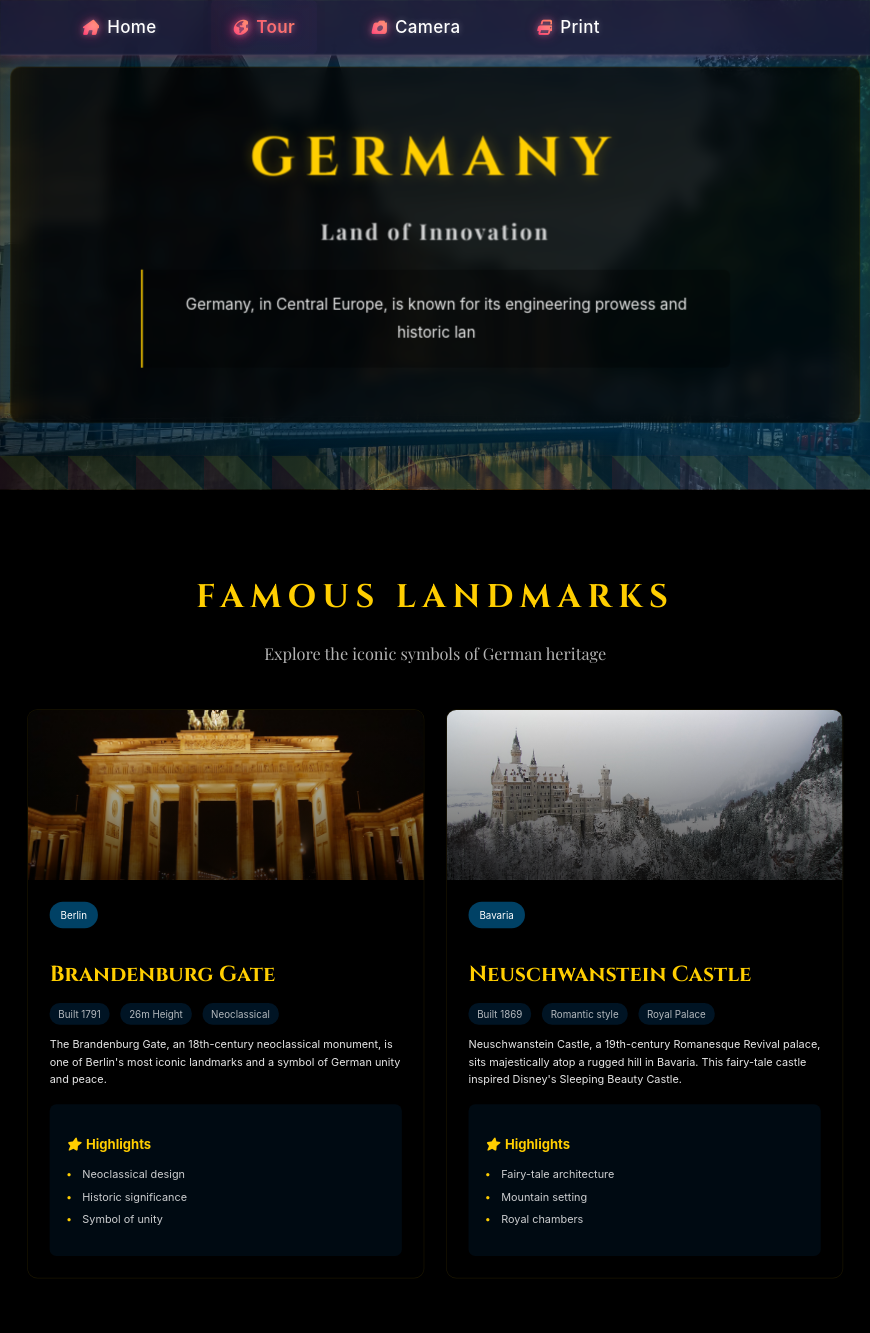
Repository: huang-heavenly-Emperor/NewYork
Page: Germany.html
An editor plug-in stored every save of this project. The page is shown before and after a run of saves, followed by the edit.
The browser window is 1280 px wide. The pictures show the whole page, at 68% of full size.

Above is the page before, as saved 2025-02-19 16:42:05.

### Germany.html
<!DOCTYPE html>
<html lang="en">

<head>
  <meta charset="UTF-8">
  <meta name="viewport" content="width=device-width, initial-scale=1.0">
  <title>Germany - Tour</title>
  <link rel="stylesheet" href="css/style.css">
  <link rel="stylesheet" href="css/germany.css">
  <link rel="stylesheet" href="css/animations.css">
  <link rel="stylesheet" href="lib/font-awesome.css">
  <link rel="preconnect" href="https://fonts.googleapis.com">
  <link rel="preconnect" href="https://fonts.gstatic.com" crossorigin>
  <link href="https://fonts.googleapis.com/css2?family=Cinzel:wght@400;700&family=Playfair+Display:wght@400;700&display=swap" rel="stylesheet">
</head>

<body>
  <!-- 主要内容区 -->
  <main class="main-content">
    <!-- 英雄横幅 -->
    <div class="hero-banner">
      <div class="overlay"></div>
      <div class="german-pattern top"></div>
      <div class="german-pattern bottom"></div>

      <!-- 导航栏 -->
      <nav class="main-nav">
        <ul class="nav-links">
          <li>
            <a href="index.html">
              <i class="fas fa-home"></i>
              Home
            </a>
          </li>
          <li class="dropdown">
            <a href="tour.html" class="active">
              <i class="fas fa-globe-americas"></i>
              Tour
            </a>
            <ul class="dropdown-menu">
              <li class="nested-dropdown">
                <a href="#">
                  Asia
                </a>
                <ul class="nested-dropdown-menu">
                  <li class="nested-dropdown">
                    <a href="china.html">
                      China
                    </a>
                    <ul class="nested-dropdown-menu">
                      <li>
                        <a href="great-wall.html">
                          <span>Great Wall</span>
                        </a>
                      </li>
                      <li>
                        <a href="forbidden-city.html">
                          <span>Forbidden City</span>
                        </a>
                      </li>
                      <li>
                        <a href="yellow-mountain.html">
                          <span>Yellow Mountain</span>
                        </a>
                      </li>
                    </ul>
                  </li>
                  <li class="nested-dropdown">
                    <a href="japan.html">
                      Japan
                    </a>
                    <ul class="nested-dropdown-menu">
                      <li>
                        <a href="mount-fuji.html">
                          <span>Mount Fuji</span>
                        </a>
                      </li>
                      <li>
                        <a href="kyoto.html">
                          <span>Kyoto Temples</span>
                        </a>
                      </li>
                      <li>
                        <a href="tokyo.html">
                          <span>Tokyo Tower</span>
                        </a>
                      </li>
                    </ul>
                  </li>
                </ul>
              </li>
              <li class="nested-dropdown">
                <a href="#">
                  Africa
                </a>
                <ul class="nested-dropdown-menu">
                  <li class="nested-dropdown">
                    <a href="egypt.html">
                      Egypt
                    </a>
                    <ul class="nested-dropdown-menu">
                      <li>
                        <a href="pyramids.html">
                          <span>Pyramids</span>
                        </a>
                      </li>
                      <li>
                        <a href="sphinx.html">
                          <span>Sphinx</span>
                        </a>
                      </li>
                      <li>
                        <a href="nile.html">
                          <span>Nile River</span>
                        </a>
                      </li>
                    </ul>
                  </li>
                </ul>
              </li>
              <li class="nested-dropdown">
                <a href="#" class="active">
                  Europe
                </a>
                <ul class="nested-dropdown-menu">
                  <li class="nested-dropdown">
                    <a href="france.html">
                      France
                    </a>
                    <ul class="nested-dropdown-menu">
                      <li>
                        <a href="eiffel.html">
                          <span>Eiffel Tower</span>
                        </a>
                      </li>
                      <li>
                        <a href="louvre.html">
                          <span>Louvre Museum</span>
                        </a>
                      </li>
                    </ul>
                  </li>
                  <li class="nested-dropdown">
                    <a href="italy.html">
                      Italy
                    </a>
                    <ul class="nested-dropdown-menu">
                      <li>
                        <a href="colosseum.html">
                          <span>Colosseum</span>
                        </a>
                      </li>
                      <li>
                        <a href="vatican.html">
                          <span>Vatican City</span>
                        </a>
                      </li>
                    </ul>
                  </li>
                  <li class="nested-dropdown">
                    <a href="uk.html">
                      United Kingdom
                    </a>
                    <ul class="nested-dropdown-menu">
                      <li>
                        <a href="big-ben.html">
                          <span>Big Ben</span>
                        </a>
                      </li>
                      <li>
                        <a href="tower-bridge.html">
                          <span>Tower Bridge</span>
                        </a>
                      </li>
                    </ul>
                  </li>
                  <li class="nested-dropdown">
                    <a href="germany.html" class="active">
                      Germany
                    </a>
                    <ul class="nested-dropdown-menu">
                      <li>
                        <a href="brandenburg.html">
                          <span>Brandenburg Gate</span>
                        </a>
                      </li>
                      <li>
                        <a href="neuschwanstein.html">
                          <span>Neuschwanstein</span>
                        </a>
                      </li>
                    </ul>
                  </li>
                </ul>
              </li>
              <li class="nested-dropdown">
                <a href="tour.html">
                  America
                </a>
                <ul class="nested-dropdown-menu">
                  <li class="usa-dropdown">
                    <a href="tour.html">
                      The USA
                    </a>
                    <ul class="usa-dropdown-menu">
                      <li>
                        <a href="wall-street.html">
                          <span>Wall Street</span>
                        </a>
                      </li>
                      <li>
                        <a href="times-square.html">
                          <span>Times Square</span>
                        </a>
                      </li>
                      <li>
                        <a href="central-park.html">
                          <span>Central Park</span>
                        </a>
                      </li>
                      <li>
                        <a href="broadway.html">
                          <span>Broadway</span>
                        </a>
                      </li>
                    </ul>
                  </li>
                </ul>
              </li>
              <li>
                <a href="others.html">
                  Others
                </a>
              </li>
            </ul>
          </li>
          <li>
            <a href="camera.html">
              <i class="fas fa-camera"></i>
              Camera
            </a>
          </li>
          <li>
            <a href="print.html">
              <i class="fas fa-print"></i>
              Print
            </a>
          </li>
        </ul>
      </nav>

      <!-- 卷轴容器 -->
      <div class="scroll-container">
        <div class="scroll-decoration left"></div>
        <div class="scroll-decoration right"></div>
        <div class="scroll-inner">
          <h1 class="city-title">
            <span class="english-title">Germany</span>
            <span class="subtitle">Land of Innovation</span>
          </h1>
          <div class="intro-quote typewriter-text" data-text="Germany, in Central Europe, is known for its engineering prowess and historic landmarks. Berlin, its capital, features the Brandenburg Gate and remnants of the Berlin Wall. Germany is famous for its beer culture, Oktoberfest, and contributions to classical music with composers like Beethoven. Its diverse regions include the Black Forest and Bavarian Alps.">
          </div>
        </div>
      </div>
    </div>

    <!-- 地标部分 -->
    <section class="continent-section">
      <div class="section-header">
        <h2 class="section-title">Famous Landmarks</h2>
        <p class="section-subtitle">Explore the iconic symbols of German heritage</p>
      </div>

      <!-- 地标卡片网格 -->
      <div class="landmark-grid">
        <!-- 勃兰登堡门卡片 -->
        <a href="brandenburg.html" class="landmark-link">
          <div class="landmark-card">
            <div class="landmark-image">
              <img src="images/brandenburg.jpg" alt="Brandenburg Gate">
              <div class="image-overlay"></div>
            </div>
            <div class="landmark-content">
              <div class="content-inner">
                <span class="location-tag">Berlin</span>
                <h2>Brandenburg Gate</h2>
                <div class="quick-info">
                  <span>Built 1791</span>
                  <span>26m Height</span>
                  <span>Neoclassical</span>
                </div>
                <p class="description">
                  The Brandenburg Gate, an 18th-century neoclassical monument, is one of Berlin's most iconic landmarks and a symbol of German unity and peace.
                </p>
                <div class="highlights">
                  <h3><i class="fas fa-star"></i> Highlights</h3>
                  <ul>
                    <li>Neoclassical design</li>
                    <li>Historic significance</li>
                    <li>Symbol of unity</li>
                  </ul>
                </div>
              </div>
            </div>
          </div>
        </a>

        <!-- 新天鹅堡卡片 -->
        <a href="neuschwanstein.html" class="landmark-link">
          <div class="landmark-card">
            <div class="landmark-image">
              <img src="images/neuschwanstein.jpg" alt="Neuschwanstein Castle">
              <div class="image-overlay"></div>
            </div>
            <div class="landmark-content">
              <div class="content-inner">
                <span class="location-tag">Bavaria</span>
                <h2>Neuschwanstein Castle</h2>
                <div class="quick-info">
                  <span>Built 1869</span>
                  <span>Romantic style</span>
                  <span>Royal Palace</span>
                </div>
                <p class="description">
                  Neuschwanstein Castle, a 19th-century Romanesque Revival palace, sits majestically atop a rugged hill in Bavaria. This fairy-tale castle inspired Disney's Sleeping Beauty Castle.
                </p>
                <div class="highlights">
                  <h3><i class="fas fa-star"></i> Highlights</h3>
                  <ul>
                    <li>Fairy-tale architecture</li>
                    <li>Mountain setting</li>
                    <li>Royal chambers</li>
                  </ul>
                </div>
              </div>
            </div>
          </div>
        </a>
      </div>
    </section>
  </main>

  <script>
    document.addEventListener('DOMContentLoaded', function() {
      const typewriterText = document.querySelector('.typewriter-text');
      const text = typewriterText.getAttribute('data-text');
      typewriterText.textContent = '';

      let charIndex = 0;
      const typingSpeed = 50;

      function typeText() {
        if (charIndex < text.length) {
          typewriterText.textContent += text.charAt(charIndex);
          charIndex++;
          setTimeout(typeText, typingSpeed);
        } else {
          typewriterText.classList.add('typing-complete');
        }
      }

      setTimeout(typeText, 1000);
    });
  </script>
</body>

</html>

### css/germany.css
/* 基础变量 */
:root {
    --german-black: #000000;     /* 德国国旗黑色 */
    --german-red: #DD0000;       /* 德国国旗红色 */
    --german-gold: #FFCE00;      /* 德国国旗金色 */
    --prussian-blue: #004165;    /* 普鲁士蓝 */
    --bavarian-blue: #0066B3;    /* 巴伐利亚蓝 */
}

body {
    font-family: 'Inter', sans-serif;
    line-height: 1.6;
    color: #ffffff;
    background: var(--german-black);
}

a {
    text-decoration: none;
}

/* 主要内容区 */
.main-content {
    min-height: 100vh;
    background: var(--german-black);
    position: relative;
}

/* 英雄横幅 */
.hero-banner {
    position: relative;
    width: 100%;
    height: 100vh;
    background: url('../images/germany-bg.jpg') center/cover no-repeat;
    display: flex;
    align-items: center;
    justify-content: center;
    overflow: hidden;
}

.overlay {
    position: absolute;
    top: 0;
    left: 0;
    width: 100%;
    height: 100%;
    background: linear-gradient(
        135deg,
        rgba(0, 0, 0, 0.7),
        rgba(0, 65, 101, 0.6)
    );
    z-index: 1;
}

/* 德国风格装饰图案 */
.german-pattern {
    position: absolute;
    width: 100%;
    height: 100px;
    background-image: linear-gradient(
        45deg,
        var(--german-black) 25%,
        var(--german-red) 25%,
        var(--german-red) 50%,
        var(--german-gold) 50%,
        var(--german-gold) 75%,
        var(--german-black) 75%
    );
    background-size: 100px 100px;
    opacity: 0.1;
    z-index: 2;
}

.german-pattern.top {
    top: 0;
    transform: translateY(-50%);
}

.german-pattern.bottom {
    bottom: 0;
    transform: translateY(50%);
}

/* 卷轴容器 */
.scroll-container {
    position: relative;
    max-width: 1200px;
    width: 90%;
    padding: 3rem;
    z-index: 3;
    background: rgba(0, 0, 0, 0.7);
    border-radius: 15px;
    box-shadow: 0 0 50px rgba(0, 102, 179, 0.3);
    backdrop-filter: blur(10px);
    border: 1px solid rgba(255, 206, 0, 0.1);
}

.scroll-decoration {
    position: absolute;
    width: 100px;
    height: 100%;
    top: 0;
    background: linear-gradient(
        to right,
        var(--german-gold),
        transparent
    );
    opacity: 0.1;
}

.scroll-decoration.left {
    left: 0;
    transform: translateX(-50%);
}

.scroll-decoration.right {
    right: 0;
    transform: translateX(50%);
    background: linear-gradient(
        to left,
        var(--german-gold),
        transparent
    );
}

.scroll-inner {
    position: relative;
    text-align: center;
}

/* 标题样式 */
.city-title {
    margin-bottom: 2rem;
}

.city-title .english-title {
    display: block;
    font-size: 5rem;
    font-family: 'Cinzel', serif;
    color: var(--german-gold);
    text-transform: uppercase;
    letter-spacing: 0.2em;
    margin-bottom: 1rem;
    text-shadow: 0 0 20px rgba(255, 206, 0, 0.3);
    animation: titleReveal 1.5s ease forwards;
}

.city-title .subtitle {
    display: block;
    font-size: 2rem;
    font-family: 'Playfair Display', serif;
    color: #ffffff;
    letter-spacing: 0.1em;
    opacity: 0.8;
}

/* 引言文字 */
.intro-quote {
    font-size: 1.4rem;
    line-height: 1.8;
    color: rgba(255, 255, 255, 0.9);
    margin: 2rem auto;
    max-width: 800px;
    position: relative;
    padding: 2rem;
    border-left: 3px solid var(--german-gold);
    background: rgba(0, 0, 0, 0.3);
    border-radius: 0 10px 10px 0;
}

/* 地标部分 */
.continent-section {
    padding: 5rem 2rem;
 background: ;
    position: relative;
}

.section-header {
    text-align: center;
    margin-bottom: 4rem;
}

.section-title {
    font-size: 3rem;
    color: var(--german-gold);
    font-family: 'Cinzel', serif;
    margin-bottom: 1rem;
    text-transform: uppercase;
    letter-spacing: 0.2em;
}

.section-subtitle {
    font-size: 1.5rem;
    color: rgba(255, 255, 255, 0.7);
    font-family: 'Playfair Display', serif;
}

/* 地标卡片网格 */
.landmark-grid {
    display: grid;
    grid-template-columns: repeat(auto-fit, minmax(300px, 1fr));
    gap: 2rem;
    max-width: 1200px;
    margin: 0 auto;
}

.landmark-card {
    background: rgba(0, 0, 0, 0.5);
    border-radius: 15px;
    overflow: hidden;
    transition: all 0.3s ease;
    border: 1px solid rgba(255, 206, 0, 0.1);
}

.landmark-card:hover {
    transform: translateY(-10px);
    box-shadow: 0 10px 30px rgba(0, 102, 179, 0.3);
    border-color: rgba(255, 206, 0, 0.3);
}

.landmark-image {
    position: relative;
    width: 100%;
    height: 250px;
    overflow: hidden;
}

.landmark-image img {
    width: 100%;
    height: 100%;
    object-fit: cover;
    transition: all 0.5s ease;
}

.landmark-card:hover .landmark-image img {
    transform: scale(1.1);
}

.image-overlay {
    position: absolute;
    top: 0;
    left: 0;
    width: 100%;
    height: 100%;
    background: linear-gradient(
        to bottom,
        transparent,
        rgba(0, 0, 0, 0.7)
    );
}

.landmark-content {
    padding: 2rem;
}

.location-tag {
    display: inline-block;
    padding: 0.5rem 1rem;
    background: var(--prussian-blue);
    color: #ffffff;
    border-radius: 20px;
    font-size: 0.9rem;
    margin-bottom: 1rem;
}

.landmark-content h2 {
    font-size: 2rem;
    color: var(--german-gold);
    margin-bottom: 1rem;
    font-family: 'Cinzel', serif;
}

.quick-info {
    display: flex;
    gap: 1rem;
    margin-bottom: 1rem;
    flex-wrap: wrap;
}

.quick-info span {
    font-size: 0.9rem;
    color: rgba(255, 255, 255, 0.7);
    background: rgba(0, 102, 179, 0.2);
    padding: 0.3rem 0.8rem;
    border-radius: 15px;
}

.description {
    font-size: 1rem;
    color: rgba(255, 255, 255, 0.9);
    margin-bottom: 1.5rem;
    line-height: 1.6;
}

.highlights {
    background: rgba(0, 102, 179, 0.1);
    padding: 1.5rem;
    border-radius: 10px;
}

.highlights h3 {
    color: var(--german-gold);
    font-size: 1.2rem;
    margin-bottom: 1rem;
    display: flex;
    align-items: center;
    gap: 0.5rem;
}

.highlights ul {
    list-style: none;
    padding: 0;
}

.highlights li {
    color: rgba(255, 255, 255, 0.8);
    margin-bottom: 0.5rem;
    padding-left: 1.5rem;
    position: relative;
}

.highlights li::before {
    content: '•';
    color: var(--german-gold);
    position: absolute;
    left: 0;
}

/* 动画 */
@keyframes titleReveal {
    0% {
        opacity: 0;
        transform: translateY(-20px);
    }
    100% {
        opacity: 1;
        transform: translateY(0);
    }
}

/* 响应式设计 */
@media (max-width: 1200px) {
    .scroll-container {
        width: 95%;
        padding: 2rem;
    }

    .city-title .english-title {
        font-size: 4rem;
    }

    .intro-quote {
        font-size: 1.2rem;
    }
}

@media (max-width: 768px) {
    .scroll-container {
        padding: 1.5rem;
    }

    .city-title .english-title {
        font-size: 3rem;
    }

    .intro-quote {
        font-size: 1.1rem;
        padding: 1.5rem;
    }

    .section-title {
        font-size: 2.5rem;
    }

    .section-subtitle {
        font-size: 1.2rem;
    }

    .landmark-grid {
        grid-template-columns: 1fr;
    }
}

@media (max-width: 480px) {
    .scroll-container {
        padding: 1rem;
    }

    .city-title .english-title {
        font-size: 2.5rem;
    }

    .intro-quote {
        font-size: 1rem;
        padding: 1rem;
    }

    .section-title {
        font-size: 2rem;
    }

    .section-subtitle {
        font-size: 1.1rem;
    }

    .landmark-content {
        padding: 1.5rem;
    }

    .landmark-content h2 {
        font-size: 1.8rem;
    }
}

### lib/font-awesome.css
@font-face {
    font-family: 'Font Awesome 6 Free';
    font-style: normal;
    font-weight: 900;
    src: url('webfonts/fa-solid-900.woff2') format('woff2');
}

.fas {
    font-family: 'Font Awesome 6 Free';
    font-weight: 900;
}

.fa-home:before {
    content: "\f015";
}

.fa-globe-americas:before {
    content: "\f57d";
}

.fa-torii-gate:before {
    content: "\f6a1";
}

.fa-sun:before {
    content: "\f185";
}

.fa-landmark:before {
    content: "\f66f";
}

.fa-flag-usa:before {
    content: "\f74d";
}

.fa-star:before {
    content: "\f005";
}

.fa-chart-line:before {
    content: "\f201";
}

.fa-city:before {
    content: "\f64f";
}

.fa-tree:before {
    content: "\f1bb";
}

.fa-theater-masks:before {
    content: "\f630";
}

.fa-ellipsis-h:before {
    content: "\f141";
}

.fa-camera:before {
    content: "\f030";
}

.fa-print:before {
    content: "\f02f";
}

.fa-arrow-left:before {
    content: "\f060";
}

Loaded but not shown: css/style.css (502 lines, source omitted); css/animations.css (299 lines, source omitted)

After the next 3 saves:
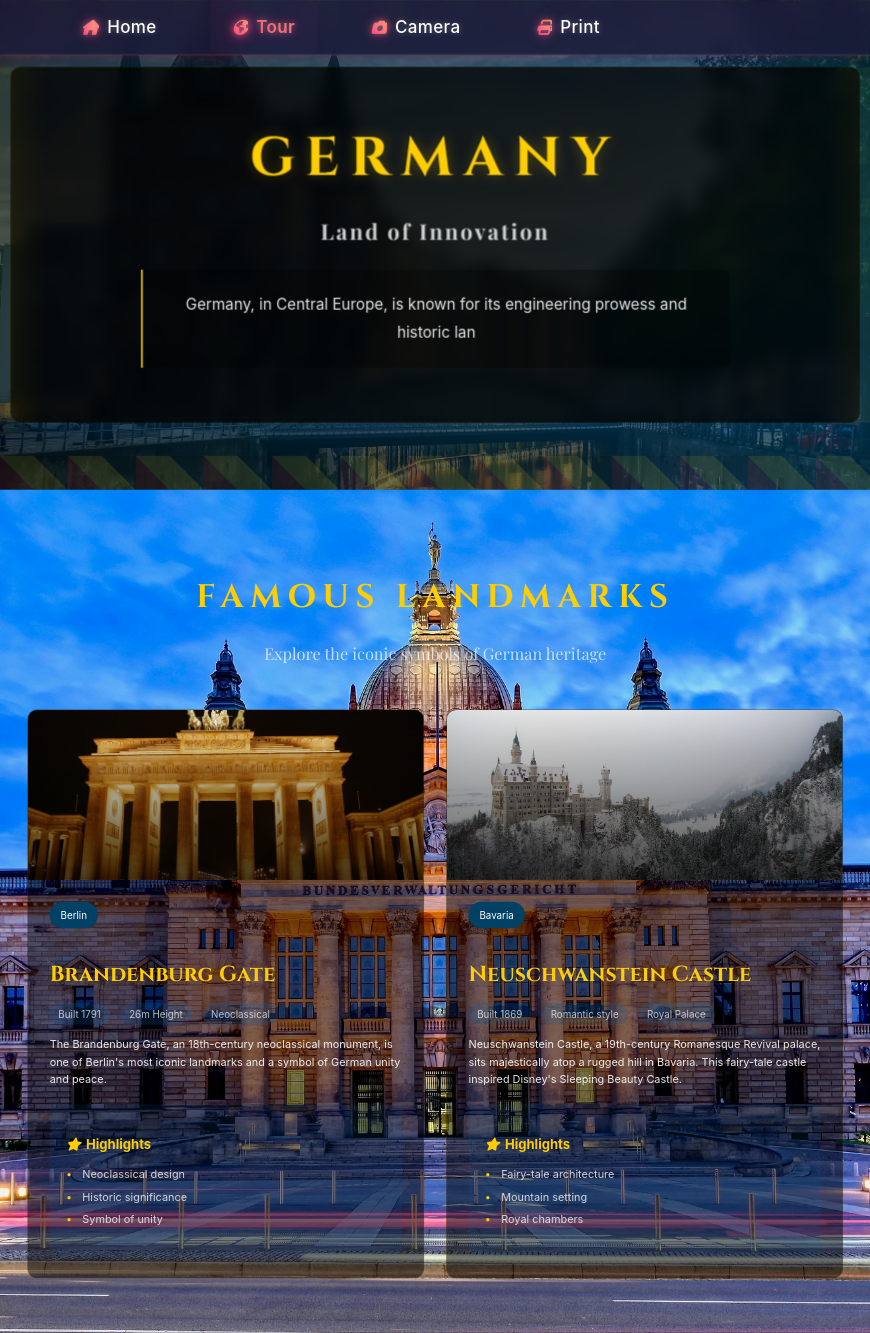
The 3 saves are shown as one change because they came seconds apart.
The last was saved 8 s later.
--- a/css/germany.css
+++ b/css/germany.css
@@ -170,7 +170,7 @@ a {
 /* 地标部分 */
 .continent-section {
     padding: 5rem 2rem;
- background: ;
+ background: url('../images/germany-bg2.jpg') center/cover no-repeat ;
     position: relative;
 }
 
